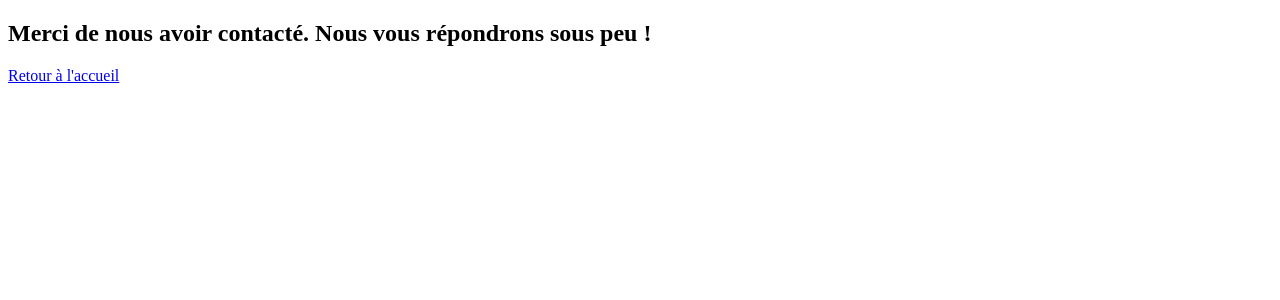
Repository: CarmenFerlatte/TP3__FerlatteCarmen
Page: confirmation.html
An editor plug-in stored every save of this project. The page is shown before and after the next save, followed by the edit.
The browser window is 1280 px wide. The pictures show the whole page.
Some web libraries are served in a nearby version.

Above is the page before, as saved 2024-08-29 12:30:03.

### confirmation.html
<!DOCTYPE html>
<html lang="en">
<head>
    <meta charset="UTF-8">
    <meta name="viewport" content="width=device-width, initial-scale=1.0">
    <title>Confirmation</title>
</head>
<body>
    <main>
        <section class="container">
            <div class="row">
                <div class="col-12">
                    <h1>Merci de nous avoir contacté. Nous vous répondrons sous peu !</h1>
                    <a class="cursor-pointer" href="index.html" title="Retour à la page d'accueil">Retour à l'accueil</a>
                </div>
            </div>
    </main>
</body>
</html>

### js/headerfooter.js
// NAVBAR MENU TOGGLE SCRIPT

$(function() {
    $('#header').load('assets/php/header.html', function () {
        // Initialisation du script navbar.js après le chargement du contenu de la balise <header>
        const menuToggle = document.getElementById('menu-toggle');
        const menu = document.querySelector('.menu');

        if (menuToggle && menu) {
            menuToggle.addEventListener('change', function () {
                if (this.checked) {
                    menu.classList.remove('hidden');
                    menu.classList.add('flex', 'flex-col', 'items-center', 'justify-center', 'space-y-4');
                } else {
                    menu.classList.add('hidden');
                    menu.classList.remove('flex', 'flex-col', 'items-center', 'justify-center', 'space-y-4');
                }
                console.log('Menu toggle checked:', this.checked);
            });

            window.addEventListener('resize', function () {
                if (window.innerWidth > 768) {
                    menu.classList.remove('hidden', 'flex', 'flex-col', 'items-center', 'justify-center', 'space-y-4');
                    menu.classList.add('md:flex', 'md:items-center');
                    menuToggle.checked = false;
                } else if (!menuToggle.checked) {
                    menu.classList.add('hidden');
                    menu.classList.remove('flex', 'flex-col', 'items-center', 'justify-center', 'space-y-4');
                }
                console.log('Window width:', window.innerWidth);
            });
        } else {
            console.error('Menu toggle or menu not found');
        }
    });
});

// HEADER NAVBAR HIDDEN SCROLL

$(function () {
    $('#header').load('assets/php/header.html', function() {
        let navbar = document.querySelector('.bg-animated');
        if (navbar) {
            let lastScrollTop = 0;

            window.addEventListener('scroll', function () {
                let scrollTop = window.scrollY || document.documentElement.scrollTop;
                if (scrollTop > lastScrollTop) {
                    // Scroll down
                    navbar.classList.add('navbar-hidden');
                } else {
                    // Scroll up
                    navbar.classList.remove('navbar-hidden');
                }
                lastScrollTop = scrollTop;
                console.log('Scroll event triggered. ScrollTop:', scrollTop);
            });
        } else {
            console.error('Navbar not found');
        }
    });



  // FOOTER LOADING SCRIPT
    $('#footer').load('assets/php/footer.html', function (response, status, xhr) {
        if (status === "error") {
            console.error("Erreur de chargement du pied de page: " + xhr.status + " " + xhr.statusText);
        } else {
            console.log("Le pied de page a été chargé avec succès");
        }
    });
});

### js/script.js
// LIEN BOUTON externe

document.addEventListener('DOMContentLoaded', function () {
    // Délai de 100ms pour s'assurer que le DOM est chargé.
    setTimeout(function () {
        // Gestionnaire pour le bouton avec la classe .btn-lien2
        const lienButton2 = document.querySelector('.btn-lien2');
        if (lienButton2) {
            lienButton2.addEventListener('click', function () {
                window.open('https://www.facebook.com/cfweb.ca', '_blank');
            });
        } else {
            console.warn('Élément avec la classe .btn-lien2 non trouvé');
        }

        // Gestionnaire pour le bouton avec la classe .btn-lien
        const lienButton = document.querySelector('.btn-lien');
        if (lienButton) {
            lienButton.addEventListener('click', function () {
                document.querySelector('#section-1').scrollIntoView({
                    behavior: 'smooth'
                });
            });
        } else {
            console.warn('Élément avec la classe .btn-lien non trouvé');
        }
    }, 100); // Délai de 100ms pour s'assurer que le DOM est chargé.
}
);


// ACCORDEON

document.addEventListener("DOMContentLoaded", function () {
    let elements = document.querySelectorAll("[data-menu]");
    elements.forEach(function (main) {

        main.addEventListener("click", function () {
            let element = main.parentElement.parentElement;
            let indicators = main.querySelectorAll("img");
            let child = element.querySelector(".menu");
            let h = element.querySelector(".mainHeading>div>p");

            if (h) {
                h.classList.toggle("font-semibold");
            }
            if (child) {
                child.classList.toggle("hidden");
                console.log(indicators[0]);
            }
            if (indicators) {
                indicators[0].classList.toggle("rotate-180");
            }

        });
    });
});


// CAROUSEL SLIDER script.js

document.addEventListener('DOMContentLoaded', function () {
    const carousels = document.querySelectorAll('.animation-carousel');

    carousels.forEach(carousel => {
        const items = carousel.querySelectorAll('[data-carousel-item]');
        const prevButton = carousel.querySelector('[data-carousel-prev]');
        const nextButton = carousel.querySelector('[data-carousel-next]');
        let currentIndex = 0;

        function showItem(index) {
            items.forEach((item, i) => {
                item.classList.toggle('hidden', i !== index);
                item.classList.toggle('active', i === index);
            });
        }

        prevButton.addEventListener('click', () => {
            currentIndex = (currentIndex > 0) ? currentIndex - 1 : items.length - 1;
            showItem(currentIndex);
        });

        nextButton.addEventListener('click', () => {
            currentIndex = (currentIndex < items.length - 1) ? currentIndex + 1 : 0;
            showItem(currentIndex);
        });

        showItem(currentIndex);
    });
});

### style/sass/style.scss
@use "navbar" as *;
@use "caroussel" as *;
@use "animate" as *;
@use "option" as *;
@use "calendrier" as *;

### style/sass/_navbar.scss
@keyframes neon-pulse {
    0%, 100% {
        text-shadow: 0 0 5px #fff, 0 0 10px #fff, 0 0 15px #fff, 0 0 20px #0891b2, 0 0 35px #0891b2, 0 0 40px #0891b2, 0 0 50px #0891b2, 0 0 75px #0891b2;
    }
    50% {
        text-shadow: 0 0 2px #fff, 0 0 5px #fff, 0 0 7px #fff, 0 0 10px #0891b2, 0 0 17px #0891b2, 0 0 20px #0891b2, 0 0 25px #0891b2, 0 0 37px #0891b2;
    }
}

.neon-text {
    animation: neon-pulse 1.5s infinite alternate;
}

.bg-animated {
    background: linear-gradient(-45deg, #000000, #1a1a1a, #000033, #003366);
    background-size: 400% 400%;
    animation: gradient 15s ease infinite;
}

@keyframes gradient {
    0% { background-position: 0% 50%; }
    50% { background-position: 100% 50%; }
    100% { background-position: 0% 50%; }
}

.cyber-grid {
    background-image:
        linear-gradient(rgba(0, 255, 255, 0.1) 1px, transparent 1px),
        linear-gradient(90deg, rgba(0, 255, 255, 0.1) 1px, transparent 1px);
    background-size: 20px 20px;
    animation: cyber-grid-move 20s linear infinite;
}

@keyframes cyber-grid-move {
    0% { background-position: 0 0; }
    100% { background-position: 20px 20px; }
}



.nav-link {
    position: relative;
    overflow: hidden;

        &::before {
            content: '';
            position: absolute;
            bottom: 0;
            left: 0;
            width: 100%;
            height: 2px;
            background-color: #0891b2;
            transform: translateX(-100%);
            transition: transform 0.3s ease;
        }

       &:hover::before {
            transform: translateX(0);
        }

        &::after {
            content: attr(data-text);
            position: absolute;
            top: 0;
            left: 0;
            width: 100%;
            height: 100%;
            display: flex;
            align-items: center;
            justify-content: center;
            transform: translateY(100%);
            background: linear-gradient(to bottom, #0891b2, rgb(103, 232, 249));
            -webkit-background-clip: text;
            background-clip: text;
            -webkit-text-fill-color: transparent;
            transition: transform 0.3s ease;
        }

        &:hover::after {
            transform: translateY(0);
        }
}


.glitch-effect {
    position: relative;

    &::before,
    &::after {
        content: attr(data-text);
        position: absolute;
        top: 0;
        left: 0;
        width: 100%;
        height: 100%;
        opacity: 0.8;
    }

    &::before {
        left: 2px;
        text-shadow: -2px 0 rgb(236, 72, 153);
        clip: rect(24px, 550px, 90px, 0);
        animation: glitch-anim 3s infinite linear alternate-reverse;
    }

    &::after {
        left: -2px;
        text-shadow: -2px 0 #0891b2;
        clip: rect(85px, 550px, 140px, 0);
        animation: glitch-anim 2s infinite linear alternate-reverse;
    }

}



@keyframes glitch-anim {
    0% { clip: rect(39px, 9999px, 71px, 0); }
    20% { clip: rect(3px, 9999px, 5px, 0); }
    40% { clip: rect(6px, 9999px, 38px, 0); }
    60% { clip: rect(13px, 9999px, 43px, 0); }
    80% { clip: rect(44px, 9999px, 93px, 0); }
    100% { clip: rect(54px, 9999px, 47px, 0); }
}

#menu-toggle {
    &:checked {
        ~ .menu {
            display: block;
        }

        ~ .menu-icon {
            .hamburger {
                transform: rotate(45deg);

                &::before {
                    transform: translateY(8px) rotate(90deg);
                }

                &::after {
                    transform: translateY(-8px) rotate(90deg);
                }
            }
        }
    }
}

.hamburger,
.hamburger::before,
.hamburger::after {
    content: '';
    display: block;
    background: #0891b2;
    height: 3px;
    width: 30px;
    transition: transform 0.5s cubic-bezier(0.23, 1, 0.32, 1);
}

.hamburger {
    &::before {
        transform: translateY(-8px);
    }

    &::after {
        transform: translateY(8px);
    }
}

@media (max-width: 768px) {
    .menu {
        position: fixed;
        top: 60px;
        left: 0;
        right: 0;
        width: 100%;
        height: 0;
        background: rgba(0, 0, 0, 0.9);
        overflow: hidden;
        transition: height 0.5s cubic-bezier(0.23, 1, 0.32, 1);
        text-align: right;
        padding-right: 20px;
        padding-top: 20px;

        a {
            display: block;
            font-size: 1.2rem;
            padding: 10px 0;
            text-decoration: underline 2px #0891b2;

            &:hover {
                color: #0891b2;
                text-decoration: none;
                cursor: pointer;
            }
        }
    }

    #menu-toggle:checked ~ .menu {
        height: calc(100vh - 60px);
    }
}

@media (max-width: 640px) {
    .no-glitch {
        animation: none !important;
    }
}

/*-------------Invisible Navbar-------------*/

.navbar-hidden {
    transform: translateY(-100%);
    transition: transform 0.3s ease-in-out;
}

### style/sass/_caroussel.scss
.carousel-control {
    position: absolute;
    top: 0;
    z-index: 30;
    display: flex;
    align-items: center;
    justify-content: center;
    height: 100%;
    padding: 0 1rem;
    cursor: pointer;
    outline: none;

    &-prev {
    left: 0;
    }

    &-next {
    right: 0;
    }

    span {
    display: inline-flex;
    align-items: center;
    justify-content: center;
    width: 2.5rem;
    height: 2.5rem;
    border-radius: 50%;
    background-color: rgba(0, 0, 0, 0.3);
    transition: background-color 0.3s;

        &:hover {
        background-color: rgba(0, 0, 0, 0.5);
        }

        svg {
        width: 1rem;
        height: 1rem;
        color: white;
        }

        .sr-only {
        position: absolute;
        width: 1px;
        height: 1px;
        padding: 0;
        margin: -1px;
        overflow: hidden;
        clip: rect(0, 0, 0, 0);
        border: 0;
        }

    }
}

### style/sass/_animate.scss
@keyframes slide-in-right {
  0% {
    transform: translateX(100%);
    opacity: 0;
  }
  100% {
    transform: translateX(0);
    opacity: 1;
  }
}

.animate-slide-in-right {
  animation: slide-in-right 0.5s ease-out forwards;
}

### style/sass/_option.scss
/*---------- Menu sélectionné ----------*/

.custom-select option:hover {
    background-color: #0891b2;
}

### style/sass/_calendrier.scss

.calendar-iframe {
  border: 0;
  width: 100%;
  height: 650px;

}

After the next save:
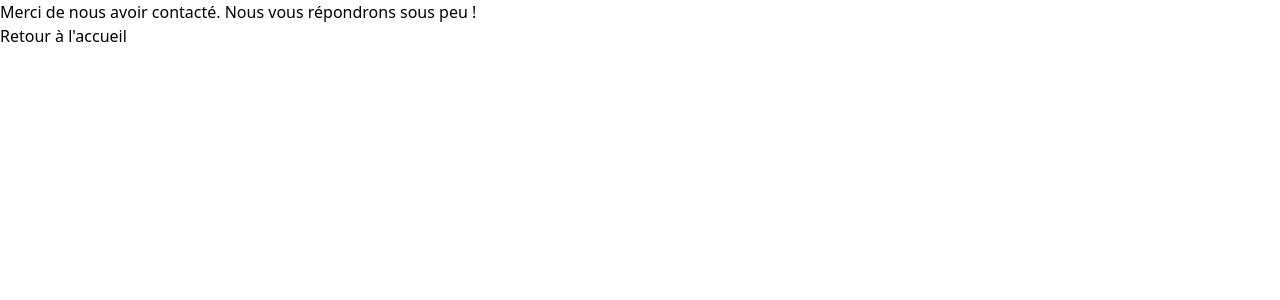
Saved 58 s later.
--- a/confirmation.html
+++ b/confirmation.html
@@ -4,6 +4,21 @@
     <meta charset="UTF-8">
     <meta name="viewport" content="width=device-width, initial-scale=1.0">
     <title>Confirmation</title>
+    <script src="https://cdn.tailwindcss.com"></script>
+    <link href="https://cdn.jsdelivr.net/npm/tailwindcss@2.2.19/dist/tailwind.min.css" rel="stylesheet">
+    <link rel="stylesheet" href="https://cdnjs.cloudflare.com/ajax/libs/font-awesome/6.4.0/css/all.min.css">
+    <link rel="stylesheet" href="style/css/style.css">
+    <link rel="manifest" href="manifest.json">
+    <link rel="icon" href="favicon.ico" type="image/x-icon">
+    <meta name="description" content="Carmen Ferlatte, web designer et étudiante en développement web front-end. Présentation de mon portefolio et services de Webmestre.">
+    <meta name="apple-mobile-web-app-capable" content="yes" >
+    <meta name="apple-mobile-web-app-status-bar-style" content="black" >
+    <meta name="apple-mobile-web-app-title" content="Portefolio" >
+    <meta name="theme-color" content="black">
+    <link rel="apple-touch-icon" href="img/icons/icon-192x192.png">
+    <script src="https://code.jquery.com/jquery-3.6.0.min.js"></script>
+    <script src="./js/headerfooter.js" defer></script>
+    <script src="./js/script.js" defer></script>
 </head>
 <body>
     <main>
